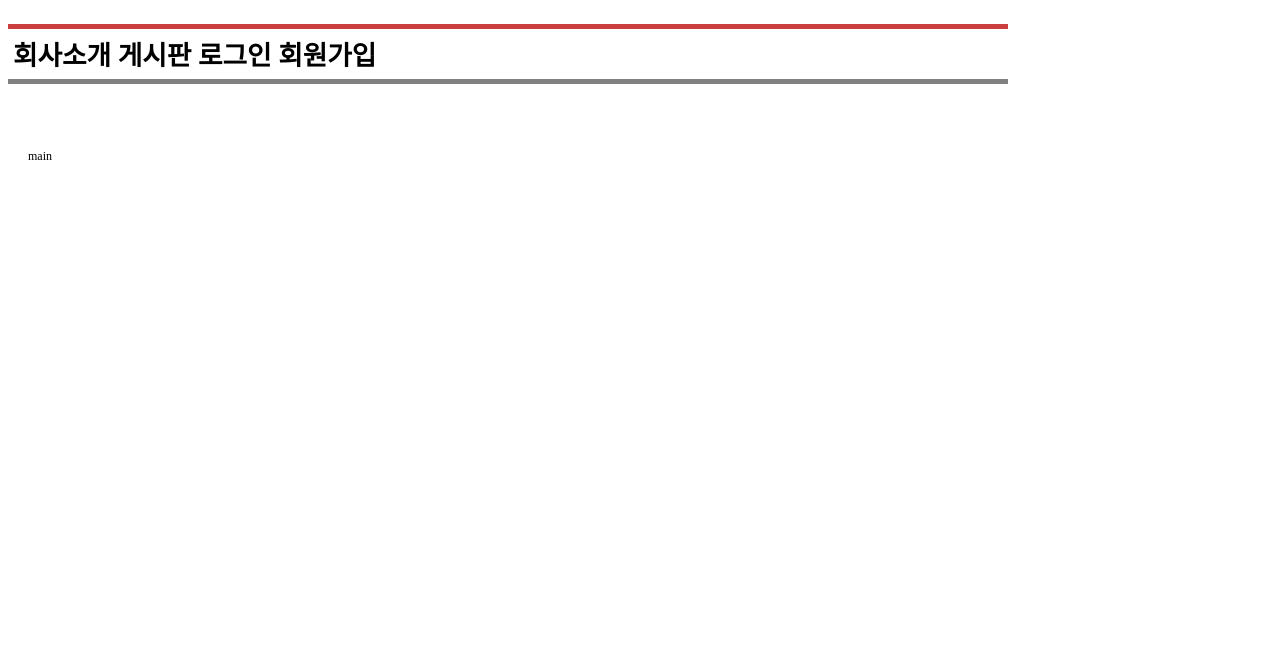
Repository: asaf0813/aisw
Page: java/이클립스/workspace/html/htmltest/WebContent/main.html
The author's editor kept a copy of each file at every save. The page is drawn from the files as they stood at one save, then again after the next save.
The browser window is 1280 px wide. The pictures show the part of the page from y = 158 to 807 px (the page is 807 px tall before and 797 px after).

Above is the page before, as saved 2019-10-03 07:02:30.

### java/이클립스/workspace/html/htmltest/WebContent/main.html
<!doctype html>
<html lang="en">
	<head>
		<meta charset="UTF-8">
		<meta name="Generator" content="EditPlus®">
		<meta name="Author" content="">
		<meta name="Keywords" content="">
		<meta name="Description" content="">
		<title>main</title>
		<link href="./main.css" rel="stylesheet" type="text/css" >
		<style type="text/css">
		a { text-decoration:none }
		</style>

	</head>
	<body>
		<div class="header">
			<a href="./main.html">
			<img width="100%" height="150" src = "http://www.postech.ac.kr/wp-content/themes/postech/images/imgs/signature4.png", alt="" ></a>
		<div>
			<p style="margin-top:20px"></p>
		</div>


		<div class="topnavi_ds">
			<div class="topnavi">
				<a href="./intro/intro.html">회사소개</a> <a href="./board/list.html">게시판</a>  <a href="./member/login.html">로그인</a> <a href="./member/join.html">회원가입</a>
			</div>
		</div>

		<div class="divide"/>
			<div>
				<p style="margin-top:20px"></p>
			</div>
		<div class="body"> main</div>
	</body>
</html>

### java/이클립스/workspace/html/htmltest/WebContent/main.css
.header a:hover{color:red;}
.header a{color:blue;}

.header{
	width:1000px;
	height:50px;
	float:left;
	font-size: 9pt;
}

.topnavi_ds{
	width:100%;
	height:5px;
	background-color:#CC3D3D;
	float:left;
}
.topnavi a:hover{color:green;}
.topnavi a{color:#000000;}

.topnavi{
	width:1000px; height:30px;
	float:left;
	margin-top:10px;
	margin-left:5px;
	font-size: 20pt;
	font-weight: bold;
}

.divide{
	width:100%;
	height:5px;
	float:left;
	margin-top: 25px;
	background-color:gray;
	margin-top:50px;
}

.body{
	font-size: 9pt;
	margin-top:50px;
	margin-left:20px;
	width:1000px;
	height:500px;
	float:left;
}

After the next save:
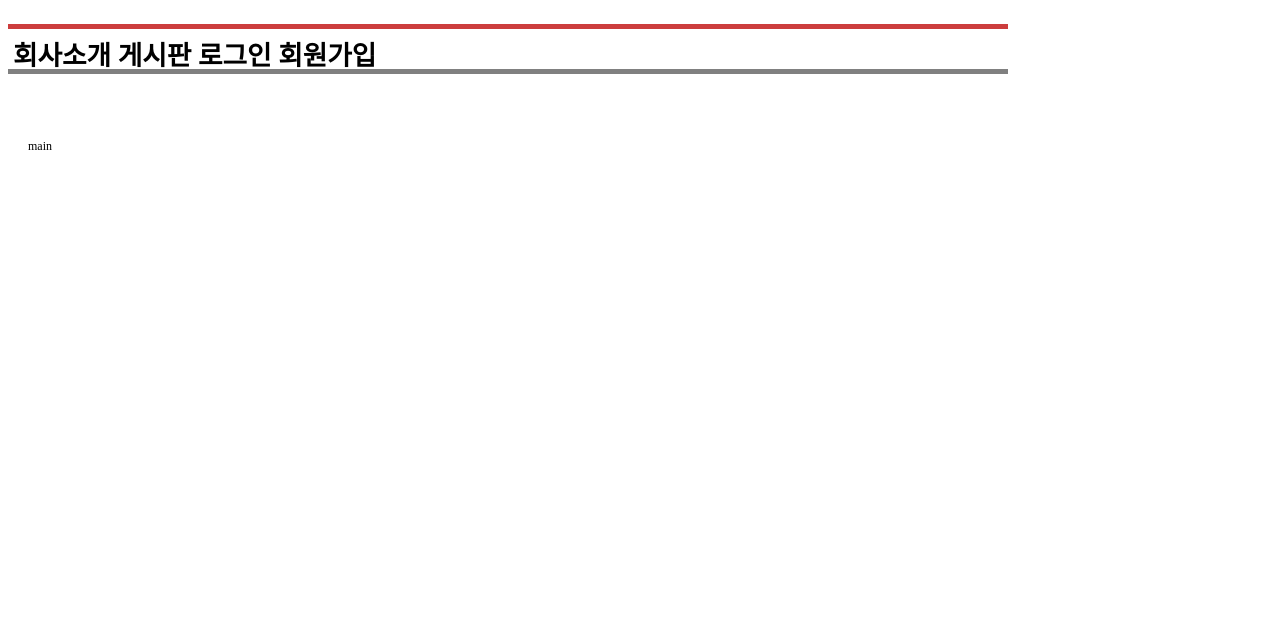
Saved 6 s later.
--- a/java/이클립스/workspace/html/htmltest/WebContent/main.css
+++ b/java/이클립스/workspace/html/htmltest/WebContent/main.css
@@ -32,7 +32,7 @@
 	float:left;
 	margin-top: 25px;
 	background-color:gray;
-	margin-top:50px;
+	margin-top:40px;
 }
 
 .body{
